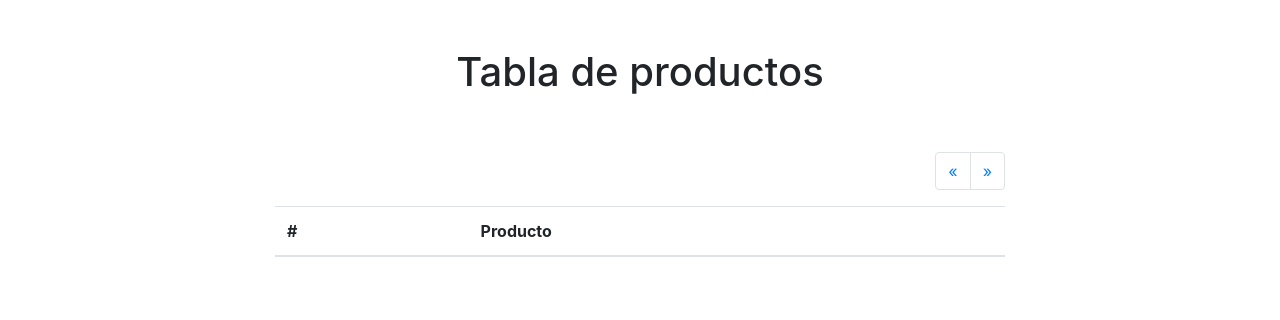
Repository: pedro-donoso/tabla-paginada
Page: index.html
The author's editor kept a copy of each file at every save. The page is drawn from the files as they stood at one save, then again after a run of saves.
The browser window is 1280 px wide. The pictures show the whole page.

Above is the page before, as saved 2024-02-06 16:48:54.

After the next 2 saves:
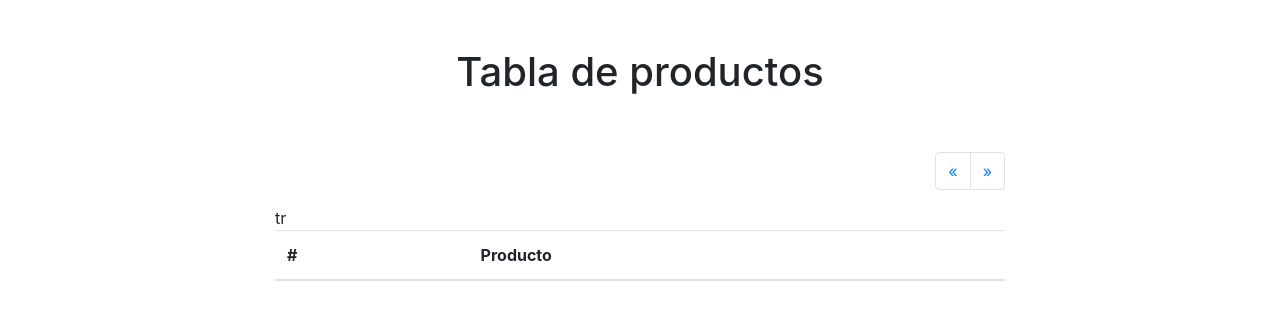
The 2 saves are shown as one change because they came seconds apart.
The last was saved 50 s later.
--- a/index.html
+++ b/index.html
@@ -48,7 +48,7 @@
                         </tr>
                     </thead>
                     <tbody id="cuerpo-tabla">
-
+                        tr
                     </tbody>
                 </table>
             </div>
